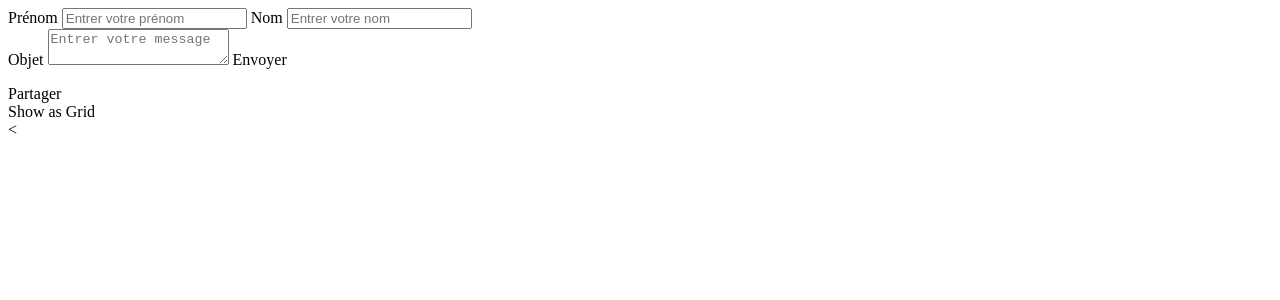
Repository: iGitScor/oneid
Page: web/app/views/full/contact.html
The author's editor kept a record of every edit. The page is drawn from the files as they stood at one moment, then again after the next edit.
The browser window is 1280 px wide. The pictures show the whole page.

Above is the page before.

### web/app/views/full/contact.html
<div class="container">
    <md-content class="md-padding">
        <form name="userForm">
            <div layout layout-sm="column">
                <md-input-container flex>
                    <label>Prénom</label>
                    <input ng-model="user.firstName" placeholder="Entrer votre prénom">
                </md-input-container>
                <md-input-container flex>
                    <label>Nom</label>
                    <input ng-model="user.lastName" placeholder="Entrer votre nom">
                </md-input-container>
            </div>
            <md-input-container flex>
                <label>Objet</label>
                <textarea ng-model="user.contact" columns="1" md-maxlength="140" placeholder="Entrer votre message"></textarea>
            </md-input-container>
                <md-button class="md-raised md-warn md-primary">
                    <span>Envoyer</span>
                    <div class="md-ripple-container"></div>
                </md-button>
        </form>
    </md-content>
</div>

<footer ng-controller="BottomSheetExample">
  <div class="bottom-sheet-demo inset" layout="column" layout-sm="row" layout-align="center">
    <md-button class="md-primary" ng-click="showListBottomSheet($event)">
      Partager
    </md-button>
    <div style="width:50px;"></div>
    <md-button class="md-primary" ng-click="showGridBottomSheet($event)">
      Show as Grid
    </md-button>
  </div>
</footer>
<<!--md-bottom-sheet class="md-grid" style="background: #efefef">
    <div>
        <center>Copyright &copy;</center>
    </div>
    <md-list>
        <md-item ng-repeat="item in items">
          <md-button class="md-grid-item-content" aria-label="{{item.name}}" ng-click="listItemClick($index)">
            <div class="md-icon-container">
              <md-inline-grid-icon icon="{[{ item.icon }]}"></md-inline-grid-icon>
            </div>
            <p class="md-grid-text"> {[{ item.name }]} </p>
          </md-button>
        </md-item>
  </md-list>
</md-bottom-sheet>-->

After the next edit:
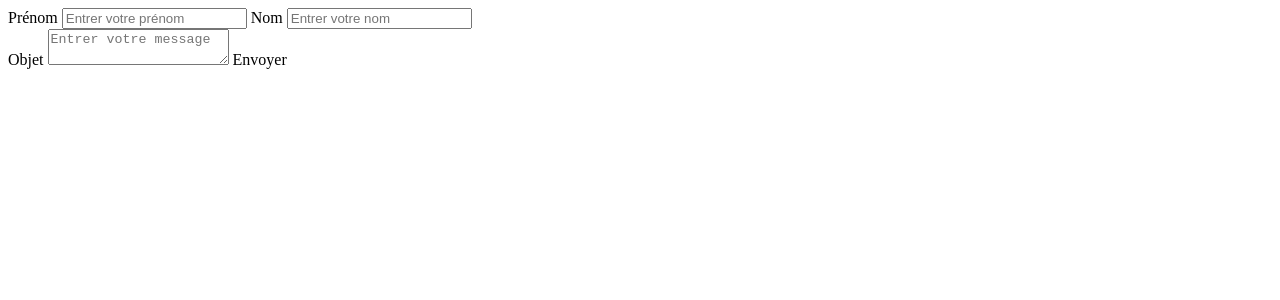
The edit:
--- a/web/app/views/full/contact.html
+++ b/web/app/views/full/contact.html
@@ -22,30 +22,3 @@
         </form>
     </md-content>
 </div>
-
-<footer ng-controller="BottomSheetExample">
-  <div class="bottom-sheet-demo inset" layout="column" layout-sm="row" layout-align="center">
-    <md-button class="md-primary" ng-click="showListBottomSheet($event)">
-      Partager
-    </md-button>
-    <div style="width:50px;"></div>
-    <md-button class="md-primary" ng-click="showGridBottomSheet($event)">
-      Show as Grid
-    </md-button>
-  </div>
-</footer>
-<<!--md-bottom-sheet class="md-grid" style="background: #efefef">
-    <div>
-        <center>Copyright &copy;</center>
-    </div>
-    <md-list>
-        <md-item ng-repeat="item in items">
-          <md-button class="md-grid-item-content" aria-label="{{item.name}}" ng-click="listItemClick($index)">
-            <div class="md-icon-container">
-              <md-inline-grid-icon icon="{[{ item.icon }]}"></md-inline-grid-icon>
-            </div>
-            <p class="md-grid-text"> {[{ item.name }]} </p>
-          </md-button>
-        </md-item>
-  </md-list>
-</md-bottom-sheet>-->
